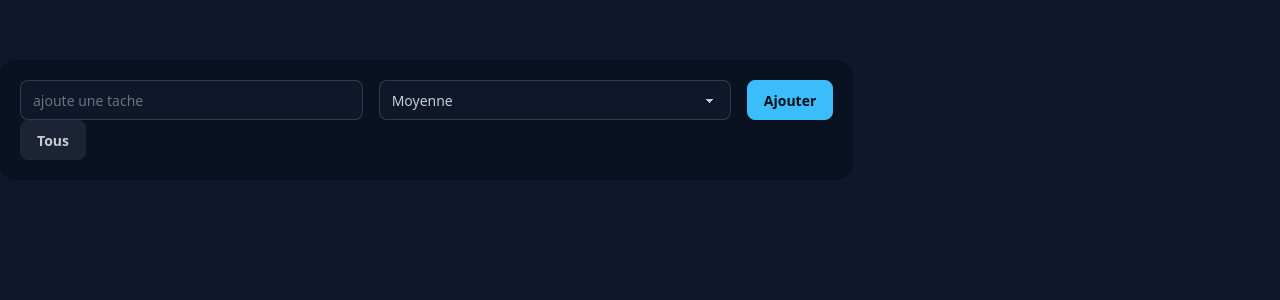
Repository: gradi243/react_ex_tuto
Page: /
An editor plug-in stored every save of this project. The page is shown before and after a run of saves, followed by the edit.
The browser window is 1280 px wide. The pictures show the whole page.
The project was rebuilt for these pictures with package versions that can differ from the ones it lists, and the page was loaded fresh each time. Also part of the build but not shown: vite.config.ts.

Above is the page before, as saved 2025-09-14 01:17:22.

### index.html
<!doctype html>
<html lang="en" data-theme="night">
  <head>
    <meta charset="UTF-8" />
    <link rel="icon" type="image/svg+xml" href="/vite.svg" />
    <meta name="viewport" content="width=device-width, initial-scale=1.0" />
    <title>Vite + React + TS</title>
  </head>
  <body>
    <div id="root"></div>
    <script type="module" src="/src/main.tsx"></script>
  </body>
</html>

### src/index.css
@import "tailwindcss";
@plugin "daisyui";

 @plugin "daisyui" {
   themes:night;
 }
/* You can add global styles to this file, and also import other style files */

### src/App.tsx
import { useEffect, useState } from "react";


type Priority="Urigente"|"Moyenne"|"Basse"

type Todo={
  id: number;
  text:string;
  priority:Priority
}


function App(){
  const[input,setInput]=useState<string>("")
  const[priority,setPriority]= useState<Priority>("Moyenne")


  const savedTodos=localStorage.getItem("todos")
  const  initialTodos=savedTodos?JSON.parse(savedTodos):[]
  const [todos,setTodos]=useState<Todo[]>(initialTodos)

  useEffect(() => {
    localStorage.setItem("todos",JSON.stringify(todos))
  },[todos])

  function addTodo(){
    if(input.trim()==""){
       return
    }

    const newTodo:Todo={
      id:Date.now(),
      text:input.trim(),
      priority:priority
    }

    const newtodos=[newTodo,...todos]
    setTodos(newtodos)
    setInput("")
    setPriority("Moyenne")
    console.log(newtodos)

  }

  let filteredTodos: Todo[] = [];
  return(
    <div className="flex justify-cente">
      <div className="w-2/3 flex-col gap-4 my-15 bg-base-300 p-5 rounded-2xl">
        <div className="flex gap-4">
          <input
          type="text"
          className="input w-full"
          placeholder="ajoute une tache"
          value={input}
         onChange={(e)=>setInput(e.target.value)}
          />

          <select
          className="select w-full"
          value={priority}
          onChange={(e)=>setPriority(e.target.value as Priority)}
          >
            <option value="Urigente">Urigente</option>
            <option value="Moyenne">Moyenne</option>
            <option value="Basse">Basse</option>
          </select>

          <button onClick={addTodo} className="btn btn-primary">Ajouter</button>
        </div>
        <div className="space-y-2 flex-1 h-fit">
          <div className="flex flex-wrap gap-4">
            <button
              className="btn btn-soft"
            >
              Tous
            </button>
          </div>
        </div>

      </div>
    </div>
  )
}

export default App

Loaded but not shown: src/main.tsx (common file)

After the next 12 saves:
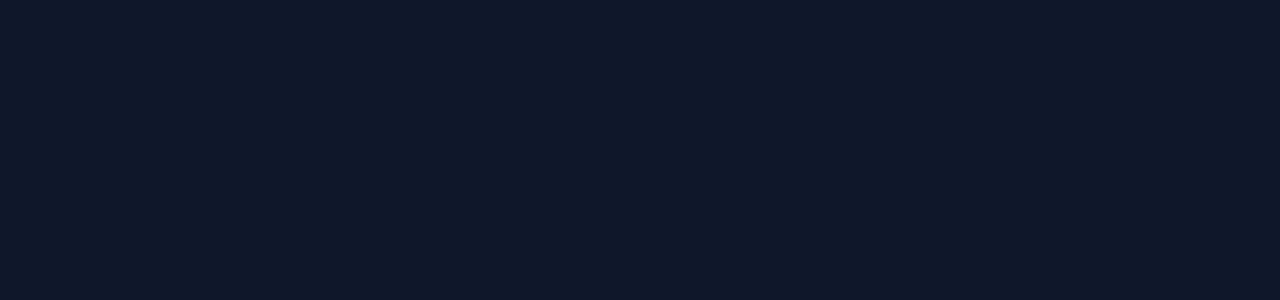
Console error: ReferenceError: use is not defined
The 12 saves are shown as one change because 3 did not build or start and some came seconds apart.
The last was saved 111 s later.
--- a/src/App.tsx
+++ b/src/App.tsx
@@ -18,6 +18,8 @@
   const savedTodos=localStorage.getItem("todos")
   const  initialTodos=savedTodos?JSON.parse(savedTodos):[]
   const [todos,setTodos]=useState<Todo[]>(initialTodos)
+
+  const [filtere,setFilter]=use
 
   useEffect(() => {
     localStorage.setItem("todos",JSON.stringify(todos))

After the 2 saves that followed:
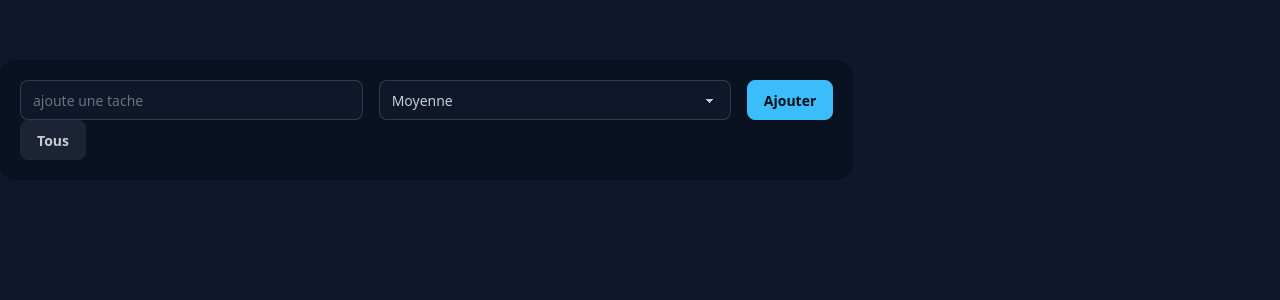
The error is gone.
The 2 saves are shown as one change because 1 left the picture as it was.
The last was saved 34 s later.
--- a/src/App.tsx
+++ b/src/App.tsx
@@ -19,7 +19,7 @@
   const  initialTodos=savedTodos?JSON.parse(savedTodos):[]
   const [todos,setTodos]=useState<Todo[]>(initialTodos)
 
-  const [filtere,setFilter]=use
+  const [filtere,setFilter]=useState<"Tous"|Priority>("Tous")
 
   useEffect(() => {
     localStorage.setItem("todos",JSON.stringify(todos))
